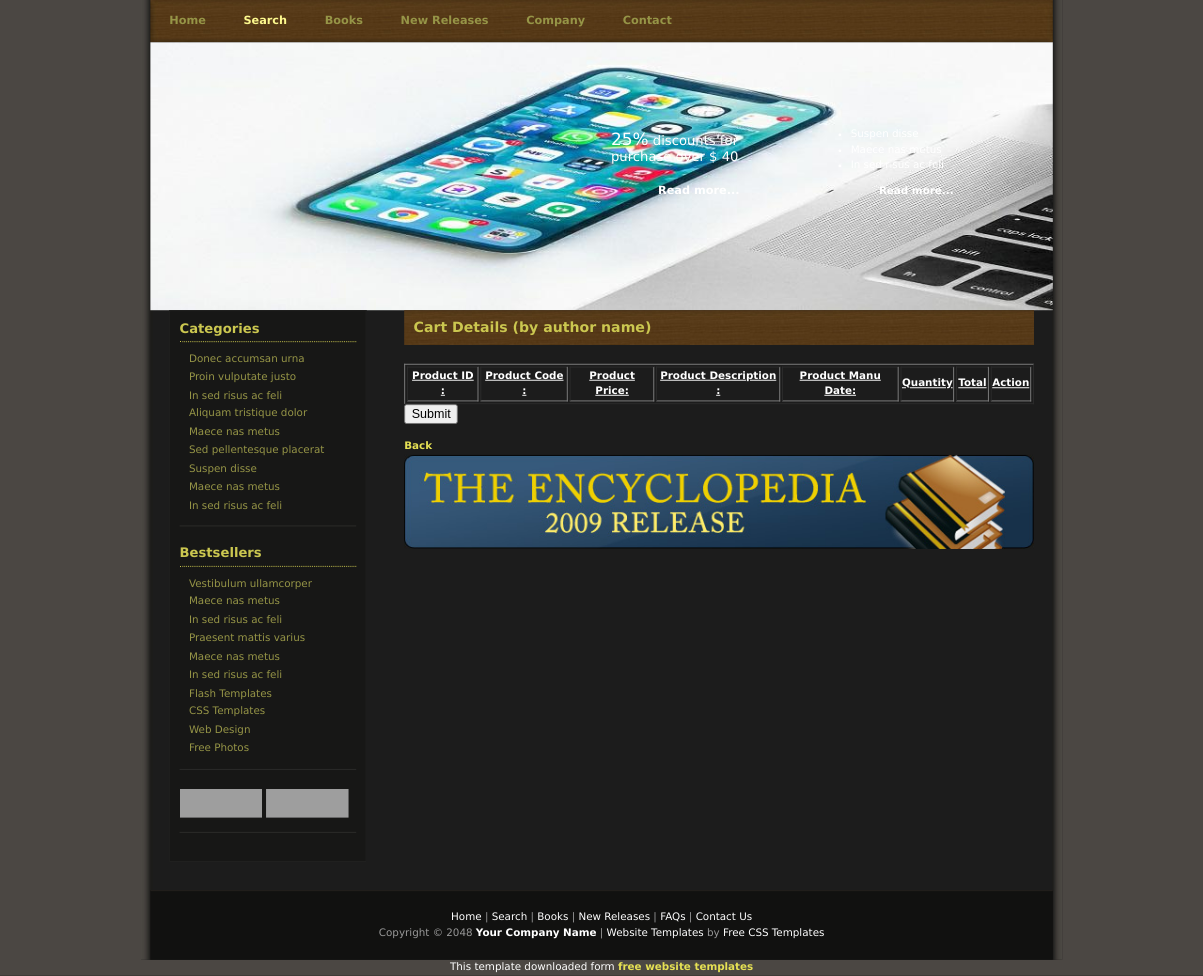
Repository: priyankamergu/MyAllProjects
Page: http://localhost/OnlineShopping/addToCart.jsp
These files come from the project's save history. The page is drawn as it stood at one moment and after the next save; the edit follows.
The browser window is 1280 px wide. The pictures show the whole page, at 94% of full size.
Pictures or frames that could not be fetched are drawn as grey boxes. The page is served by Tomcat 9. The template is opened directly, without the code that normally fills it, so the values that code supplies are empty.

Above is the page before, as saved 2019-11-22 06:03:33.

After the next save:
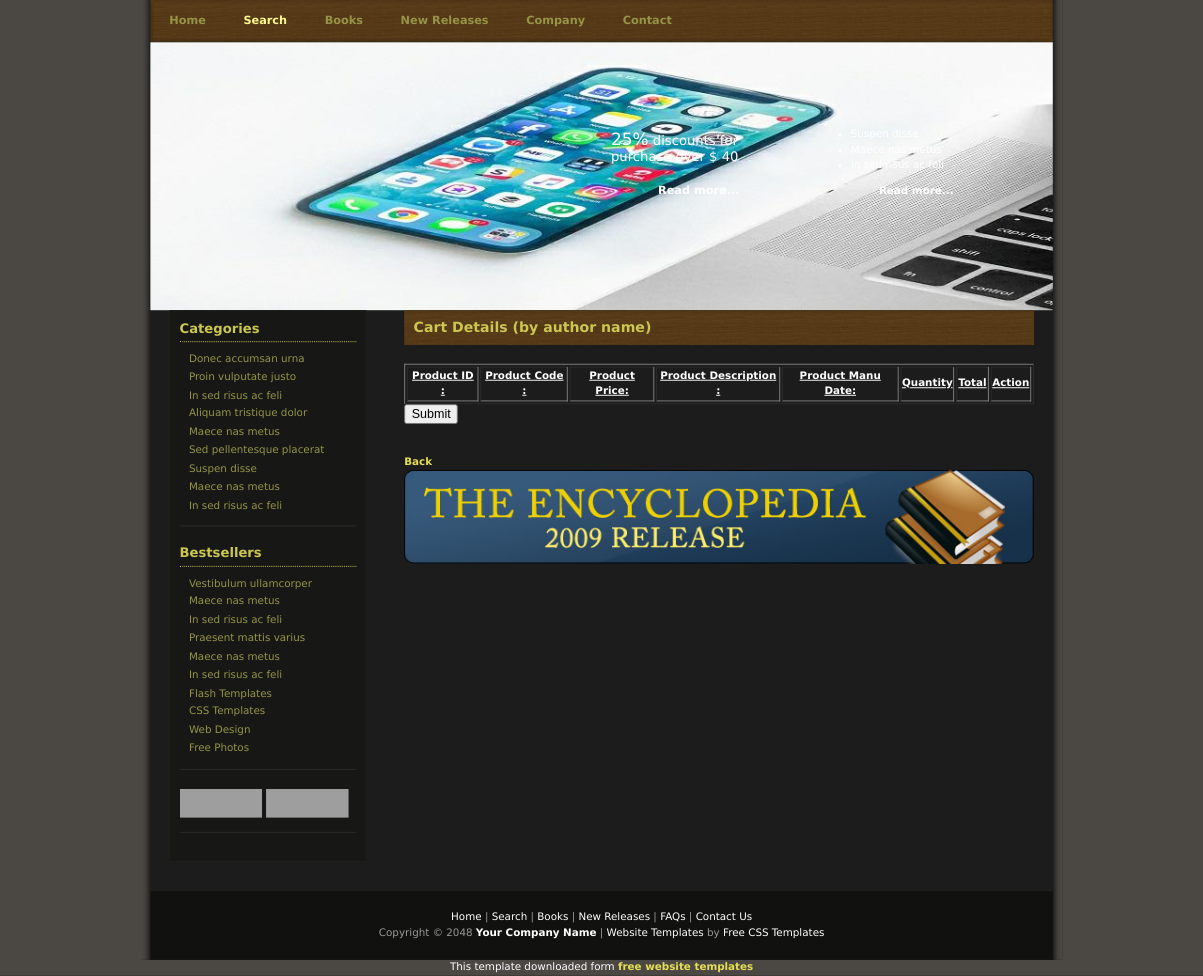
Saved 5 s later.
--- a/Workspace_JEE7_WEB/OnlineShopping/WebContent/addToCart.jsp
+++ b/Workspace_JEE7_WEB/OnlineShopping/WebContent/addToCart.jsp
@@ -142,7 +142,7 @@
 					</c:forEach>
 				</table>
 				</form>
-				<input type="submit"></input><br></br>
+				<input type="submit"></input><br><br></br>
 				<a href="ProductDatabaseController">Back</a>
 				<a href="index.html"><img src="images/templatemo_ads.jpg"
 					alt="css template ad" /></a>

After the save that followed:
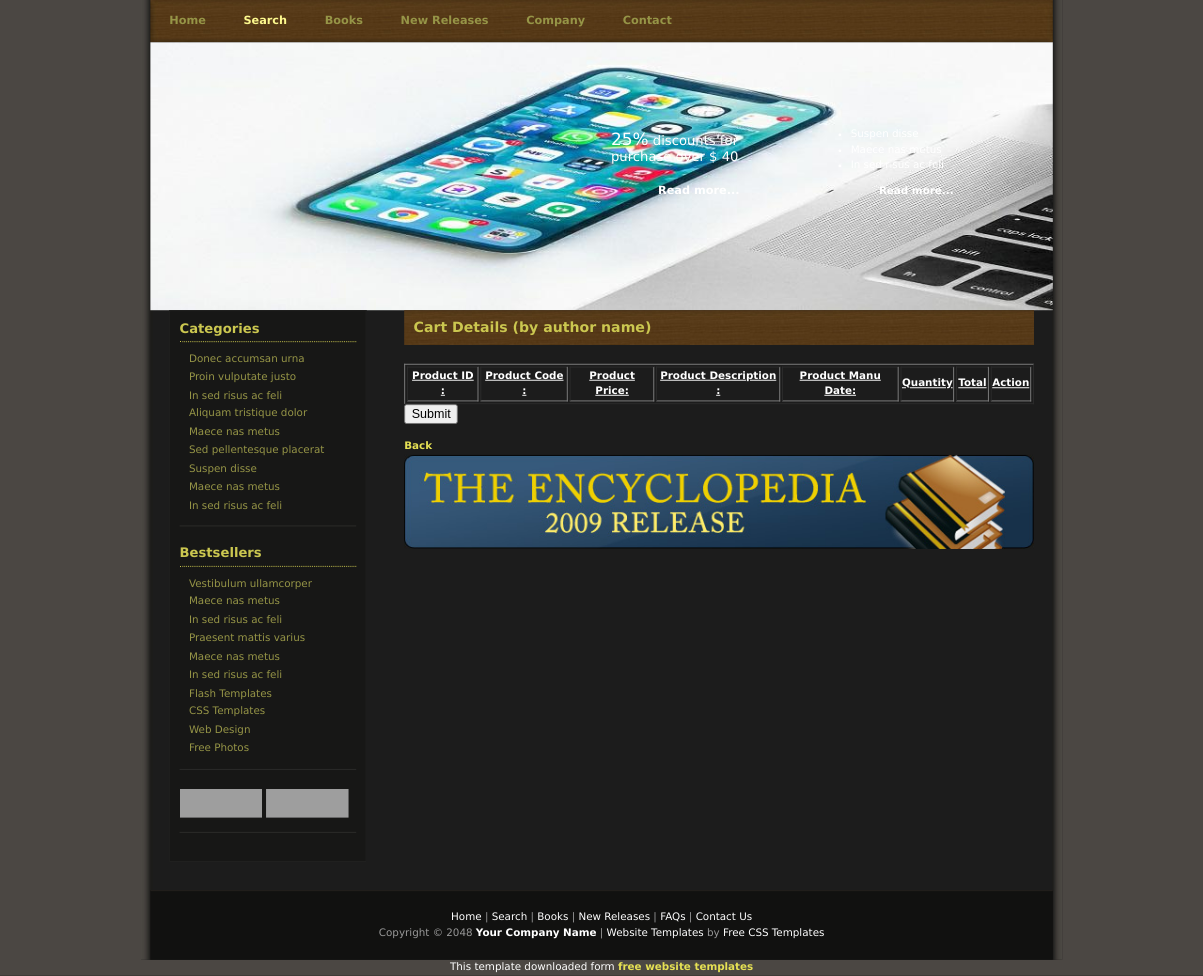
Saved 9 s later.
--- a/Workspace_JEE7_WEB/OnlineShopping/WebContent/addToCart.jsp
+++ b/Workspace_JEE7_WEB/OnlineShopping/WebContent/addToCart.jsp
@@ -142,7 +142,7 @@
 					</c:forEach>
 				</table>
 				</form>
-				<input type="submit"></input><br><br></br>
+				<input type="submit"></input><br><br>
 				<a href="ProductDatabaseController">Back</a>
 				<a href="index.html"><img src="images/templatemo_ads.jpg"
 					alt="css template ad" /></a>
